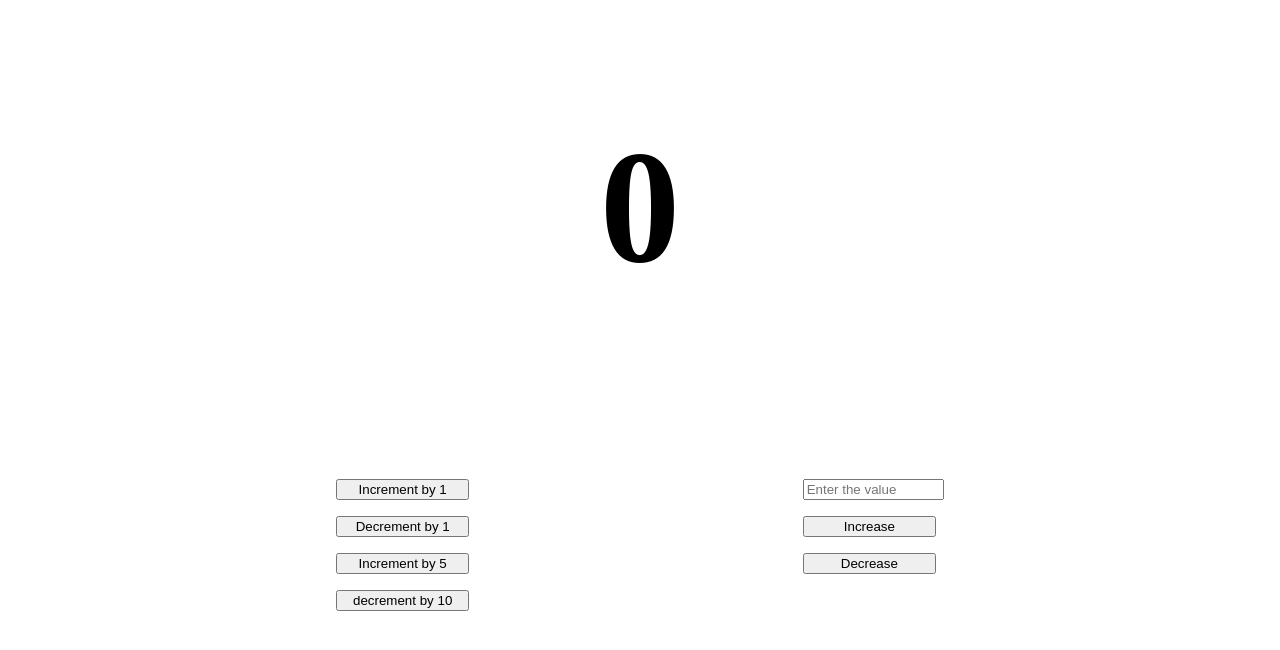
Repository: drumsmanku/micro-project-2
Page: index.html
The author's editor kept a copy of each file at every save. The page is drawn from the files as they stood at one save, then again after the next save.
The browser window is 1280 px wide. The pictures show the whole page.

Above is the page before, as saved 2023-04-07 19:43:26.

After the next save:
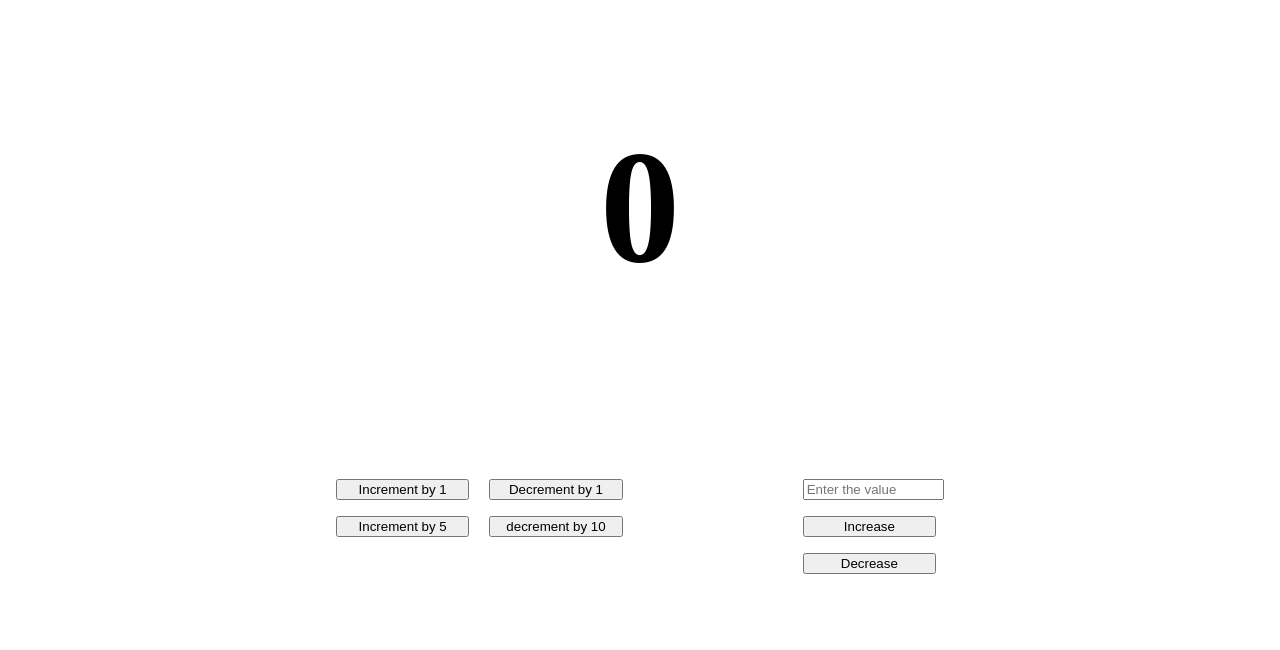
Saved 36 s later.
--- a/index.html
+++ b/index.html
@@ -12,10 +12,15 @@
     <h1 id="h1-tag">0</h1>
     <div class="second-part">
       <div class="second-first-part">
-        <button id="clicked-1">Increment by 1</button>
-        <button id="clicked-2">Decrement by 1</button>
-        <button id="clicked-3">Increment by 5</button>
-        <button id="clicked-4">decrement by 10</button>
+        <div class="just-1">
+          <button id="clicked-1">Increment by 1</button>
+          <button id="clicked-2">Decrement by 1</button>
+        </div>
+        <div class="just-2">
+          <button id="clicked-3">Increment by 5</button>
+          <button id="clicked-4">decrement by 10</button>
+        </div>
+
       </div>
       <div class="second-second-part">
         <input type="number" name="num" id="num" placeholder="Enter the value">
